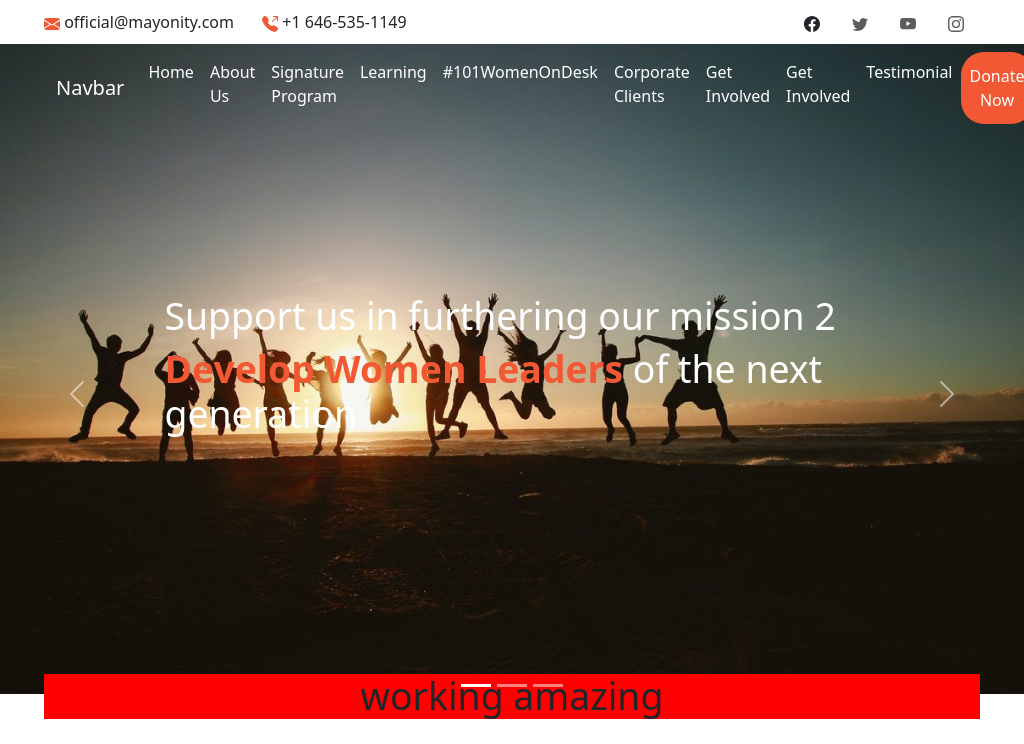
Repository: rizwan-zafar/wings
Page: /
The author's editor kept a copy of each file at every save. The page is drawn from the files as they stood at one save, then again after a run of saves.
The browser window is 1024 px wide. The pictures show the whole page.
The project was rebuilt for these pictures with package versions that can differ from the ones it lists, and the page was loaded fresh each time.

Above is the page before, as saved 2022-11-27 17:58:10.

After the next 3 saves:
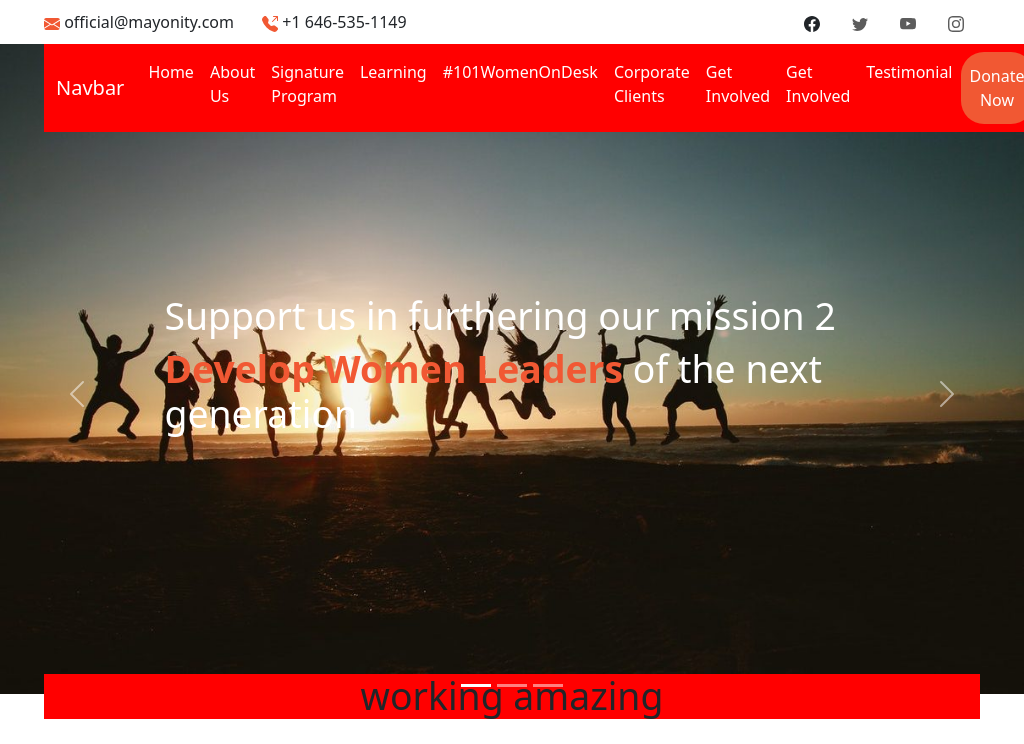
The 3 saves are shown as one change because they came seconds apart.
The last was saved 20 s later.
--- a/src/Css/Slider.css
+++ b/src/Css/Slider.css
@@ -51,7 +51,7 @@
     .navbar-expand-lg {
         flex-wrap: nowrap;
         justify-content: flex-start;
-        /* back */
+        background:red;
     }
 }
 

After the save that followed:
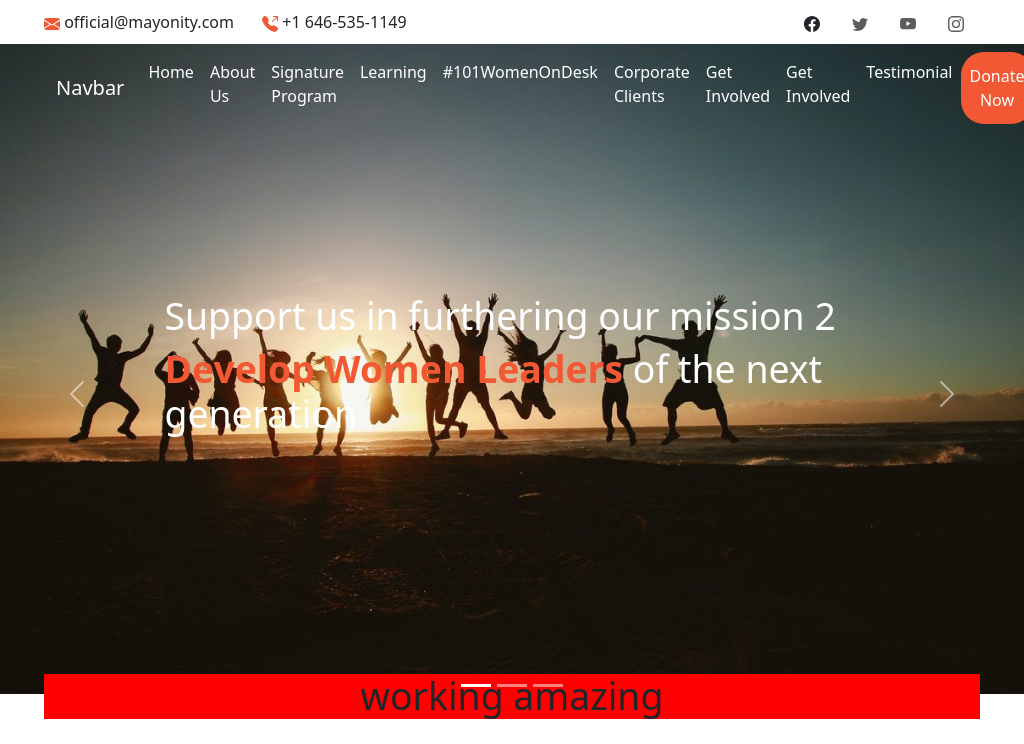
Saved 40 s later.
--- a/src/Css/Slider.css
+++ b/src/Css/Slider.css
@@ -47,7 +47,7 @@
     }
 }
 
-@media (max-width: 1254px) {
+@media (m-width: 1254px) {
     .navbar-expand-lg {
         flex-wrap: nowrap;
         justify-content: flex-start;
